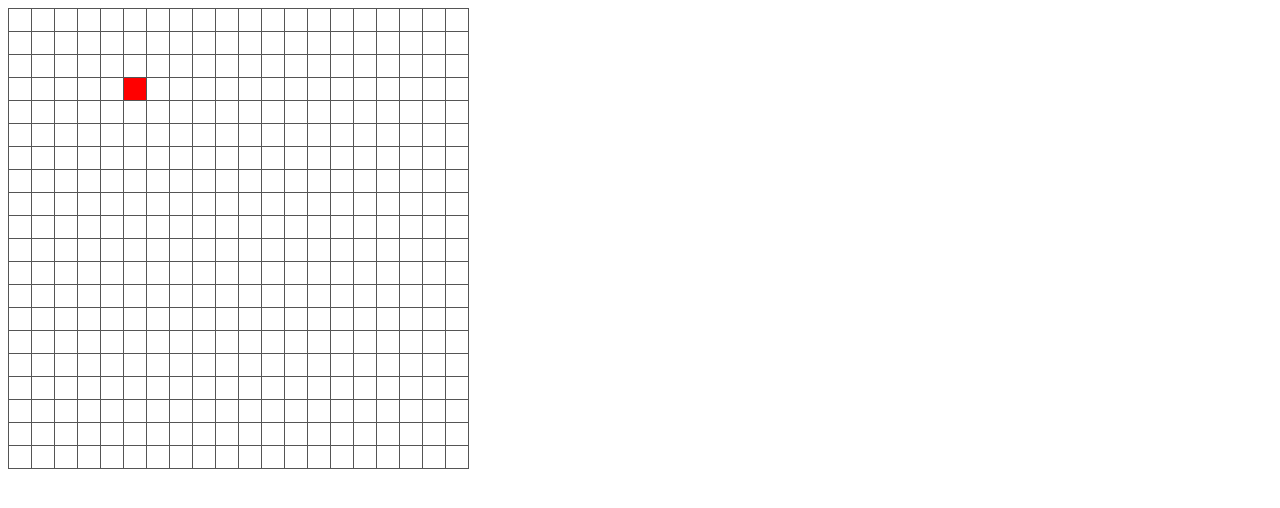
Repository: ycsheng/Games
Page: 01_snake/index.html
An editor plug-in stored every save of this project. The page is shown before and after the next save, followed by the edit.
The browser window is 1280 px wide. The pictures show the whole page.

Above is the page before, as saved 2021-09-18 10:53:26.

### 01_snake/index.html
<!DOCTYPE html>
<html lang="zh">
<head>
  <meta charset="UTF-8">
  <meta http-equiv="X-UA-Compatible" content="IE=edge">
  <meta name="viewport" content="width=device-width, initial-scale=1.0">
  <title>Document</title>
  <style>
    table {
      border-collapse: collapse;
      border: 1px solid #333
    }
    td {
      width: 20px;
      height: 20px;
      border: 1px solid #555;
    }
  </style>
</head>
<body>
  <div id="app"></div>
  <script src="./js/Game.js"></script>
  <script src="./js/Snake.js"></script>
  <script>
    var game = new Game();
  </script>
</body>
</html>

### 01_snake/js/Game.js
/*
  1. 在构造函数中创建一个空对象
  2. 将执行上下文指向这个空对象
  3. 执行里面的所有函数
  4. 执行完成后，返回对象
*/
function Game() {
  // 创建表格
  this.row = 20;  // 行数
  this.col = 20;  //列数
  // 初始化节点
  this.init();
  // 实例化蛇类
  this.snake = new Snake();

  // this.snake.render();
}
Game.prototype.init = function() {
  this.dom = document.createElement("table");
  var tr, td;
  // 遍历行和列上树
  for(var i = 0; i < this.row; i++) {
    // 遍历行，创建节点上树
    tr = document.createElement("tr");
    for(var j = 0; j < this.col; j++) {
      // 遍历列，创建节点上树
      td = document.createElement("td");
      tr.appendChild(td)
    }
    // 追加节点上树
    this.dom.appendChild(tr);
  }
  // 表格上树
  document.getElementById("app").appendChild(this.dom)
}

// 设置颜色的方法
Game.prototype.setColor = function(row, col, color) {
  // 让表格的第几行，第几列设置颜色的方法
  this.dom.getElementsByTagName("tr")[row].getElementsByTagName("td")[col].style.background = color;
}

var timer = setInterval(function() {
  game.snake.render()
}, 1000)

### 01_snake/js/Snake.js
function Snake() {
  // 蛇的初始化身体
  this.body  = [
    {"row": 3, "col": 5},
    {"row": 3, "col": 4},
    {"row": 3, "col": 3},
    {"row": 3, "col": 2},
  ];
}

Snake.prototype.render = function() {
  // 蛇的渲染
  game.setColor(this.body[0].row, this.body[0].col, "red")
}

After the next save:
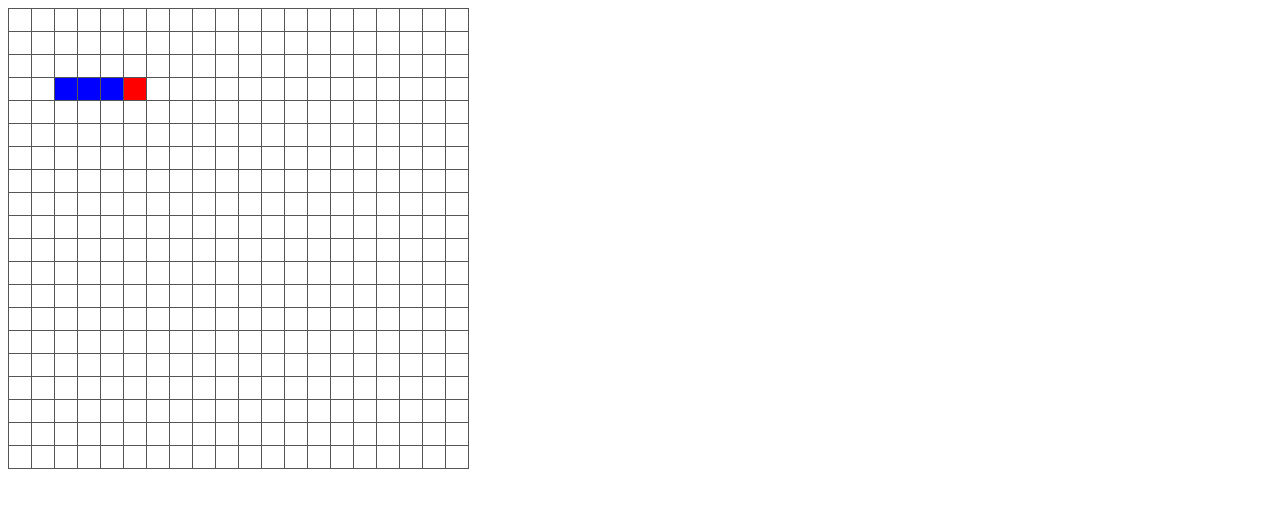
Saved 88 s later.
--- a/01_snake/js/Snake.js
+++ b/01_snake/js/Snake.js
@@ -11,4 +11,7 @@ function Snake() {
 Snake.prototype.render = function() {
   // 蛇的渲染
   game.setColor(this.body[0].row, this.body[0].col, "red")
+  for(var i = 1; i < this.body.length; i++) {
+    game.setColor(this.body[i].row, this.body[i].col, "blue")
+  }
 }
